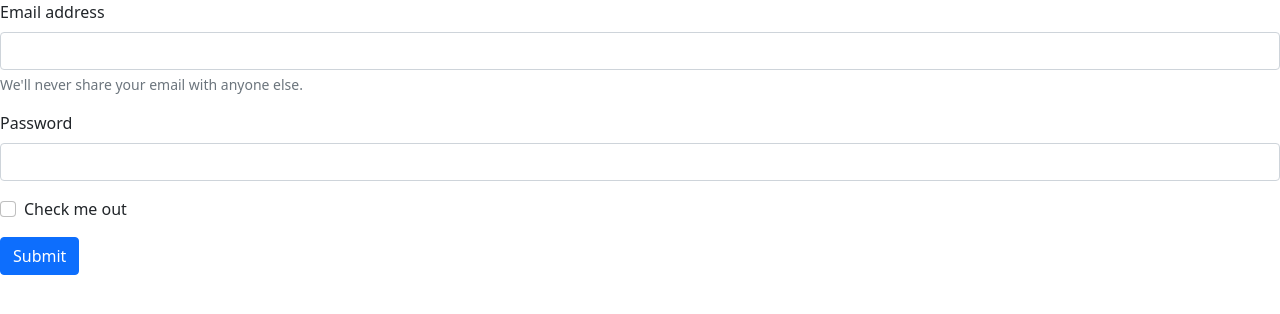
Repository: dilaraozdem1r/BooksApp
Page: /admin/page
The author's editor kept a copy of each file at every save. The page is drawn from the files as they stood at one save, then again after the next save.
The browser window is 1280 px wide. The pictures show the whole page.
The page's requests for data from a server got no answer. The project was rebuilt for these pictures with package versions that can differ from the ones it lists, and the page was loaded fresh each time. No one was signed in, and anything a server would have sent is missing. Also part of the build but not shown: src/Components/BookList.js, src/Components/SearchBar.js.

Above is the page before, as saved 2021-08-20 13:13:05.

### public/index.html
<!DOCTYPE html>
<html lang="en">
  <head>
    <meta charset="utf-8" />
    <link rel="icon" href="%PUBLIC_URL%/favicon.ico" />
    <meta name="viewport" content="width=device-width, initial-scale=1" />
    <meta name="theme-color" content="#000000" />
    <meta
      name="description"
      content="Web site created using create-react-app"
    />
    <link rel="apple-touch-icon" href="%PUBLIC_URL%/logo192.png" />
    <!--
      manifest.json provides metadata used when your web app is installed on a
      user's mobile device or desktop. See https://developers.google.com/web/fundamentals/web-app-manifest/
    -->
    <link rel="manifest" href="%PUBLIC_URL%/manifest.json" />
    <!--
      Notice the use of %PUBLIC_URL% in the tags above.
      It will be replaced with the URL of the `public` folder during the build.
      Only files inside the `public` folder can be referenced from the HTML.

      Unlike "/favicon.ico" or "favicon.ico", "%PUBLIC_URL%/favicon.ico" will
      work correctly both with client-side routing and a non-root public URL.
      Learn how to configure a non-root public URL by running `npm run build`.
    -->
    <link href="https://cdn.jsdelivr.net/npm/bootstrap@5.0.2/dist/css/bootstrap.min.css" rel="stylesheet" integrity="sha384-EVSTQN3/azprG1Anm3QDgpJLIm9Nao0Yz1ztcQTwFspd3yD65VohhpuuCOmLASjC" crossorigin="anonymous">
    <title>Books App</title>
  </head>
  <body>
    <noscript>You need to enable JavaScript to run this app.</noscript>
    <div id="root"></div>
    <!--
      This HTML file is a template.
      If you open it directly in the browser, you will see an empty page.

      You can add webfonts, meta tags, or analytics to this file.
      The build step will place the bundled scripts into the <body> tag.

      To begin the development, run `npm start` or `yarn start`.
      To create a production bundle, use `npm run build` or `yarn build`.
    -->
    <script src="https://cdn.jsdelivr.net/npm/bootstrap@5.0.2/dist/js/bootstrap.bundle.min.js" integrity="sha384-MrcW6ZMFYlzcLA8Nl+NtUVF0sA7MsXsP1UyJoMp4YLEuNSfAP+JcXn/tWtIaxVXM" crossorigin="anonymous"></script>
  </body>
</html>

### src/index.js
import React from 'react'
import ReactDOM from 'react-dom'
import App from './Components/App'

ReactDOM.render(
    <App />,
    document.getElementById('root')

);

### src/Components/App.js
import React from 'react'
import { BrowserRouter as Router, Switch, Route, Link } from "react-router-dom";
import Books from './BookList';
import axios from 'axios'
import SearchBar from './SearchBar'
import Admin from './Admin'

class App extends React.Component {
  state = {
    books: [],
    searchQuery:""
  }

  async componentDidMount() {
    this.getBooks();

  }
  async getBooks() {
    const response = await axios.get(" http://localhost:3004/books");

    this.setState({ books: response.data })

  }
  searchMovie=(event)=>{
    this.setState({
      searchQuery:event.target.value
    })

  }

  render() {

    let filteredBooks=this.state.books.filter(
      (book)=>{
        return book.name.toLowerCase().indexOf(this.state.searchQuery.toLowerCase()) !== -1 }
    ).sort((a,b)=>{
      return a.id < b.id ? 1 : a.id > b.id ? -1 : 0 ;
    });



    return (
      <Router>
      <Switch>
      <Route path="/" exact render={() => (
            <React.Fragment>
      <div>
        <nav className="navbar navbar-light bg-light">
            <div className="container-fluid">
            <a class="navbar-brand">
          <img src="https://encrypted-tbn0.gstatic.com/images?q=tbn:ANd9GcRZ-o86obF-UTdLqsqqiUM6O82URx7R52fXlw&usqp=CAU" alt="" width="50" height="40" class="d-inline-block align-text-top"/>
          </a>

            <SearchBar search={this.searchMovie} />
            <div className="col ol-md-5">
                        <Link
                            to="/admin"
                            type="button"
                            className="btn btn-danger"
                            style={{ float: 'right' }}
                        >Admin Login</Link>
                    </div>

            </div>
          </nav>
      </div>
    <div>
              <Books books={filteredBooks} />
          </div>

    </React.Fragment> )}>
    </Route>

    <Route path="/admin" render={({ history }) => (
            <Admin  />
          )}>
          </Route>
    <div>
      <button class="navbar-toggler" type="button" data-bs-toggle="collapse" data-bs-target="#navbarSupportedContent" aria-controls="navbarSupportedContent" aria-expanded="false" aria-label="Toggle navigation">Admin Login</button>
    </div>












      </Switch>
      </Router>
        );
}
}
        export default App;

### src/Components/Admin.js
import React from 'react';
import { BrowserRouter as Router, Switch, Route, Link } from "react-router-dom";
class Admin extends React.Component {

    render() {
        return (
            <Router>
                <Switch>
                    <form>
                        <div class="mb-3">
                            <label for="exampleInputEmail1" class="form-label">Email address</label>
                            <input type="email" class="form-control" id="exampleInputEmail1" aria-describedby="emailHelp"/>
                                <div id="emailHelp" class="form-text">We'll never share your email with anyone else.</div>
  </div>
                            <div class="mb-3">
                                <label for="exampleInputPassword1" class="form-label">Password</label>
                                <input type="password" class="form-control" id="exampleInputPassword1"/>
  </div>
                                <div class="mb-3 form-check">
                                    <input type="checkbox" class="form-check-input" id="exampleCheck1"/>
                                        <label class="form-check-label" for="exampleCheck1">Check me out</label>
  </div>
                                    <button type="submit" class="btn btn-primary">Submit</button>
</form>
         </Switch>
        </Router>

                        )
    }

}
                        export default Admin;
                        <div class="row">
                            <div class="col">
                                <input type="text" class="form-control" placeholder="Username" aria-label="First name" />
                            </div>
                            <div class="col">
                                <input type="password" class="form-control" placeholder="Password" aria-label="Last name" />
                            </div>
                            <div class="col-12">
                                <button type="submit" class="btn btn-primary">Sign in</button>
                            </div>
                        </div>

After the next save:
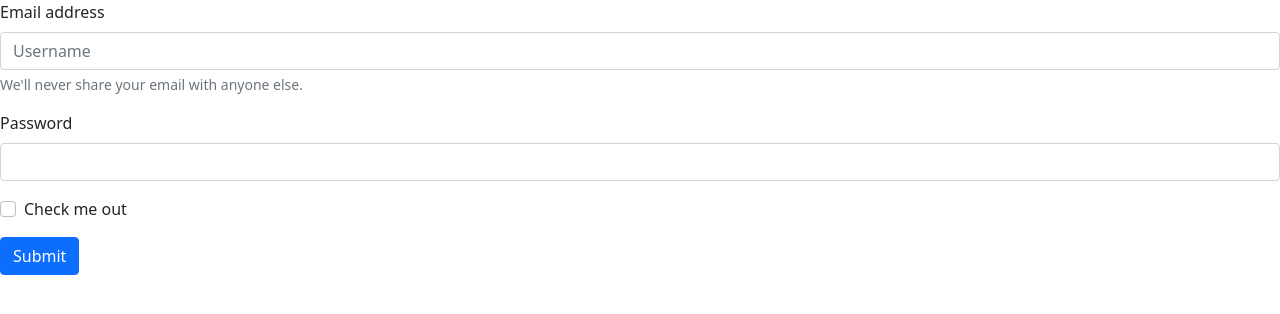
Saved 57 s later.
--- a/src/Components/Admin.js
+++ b/src/Components/Admin.js
@@ -9,7 +9,7 @@ class Admin extends React.Component {
                     <form>
                         <div class="mb-3">
                             <label for="exampleInputEmail1" class="form-label">Email address</label>
-                            <input type="email" class="form-control" id="exampleInputEmail1" aria-describedby="emailHelp"/>
+                            <input type="text" class="form-control" placeholder="Username" aria-label="First name"/>
                                 <div id="emailHelp" class="form-text">We'll never share your email with anyone else.</div>
   </div>
                             <div class="mb-3">
